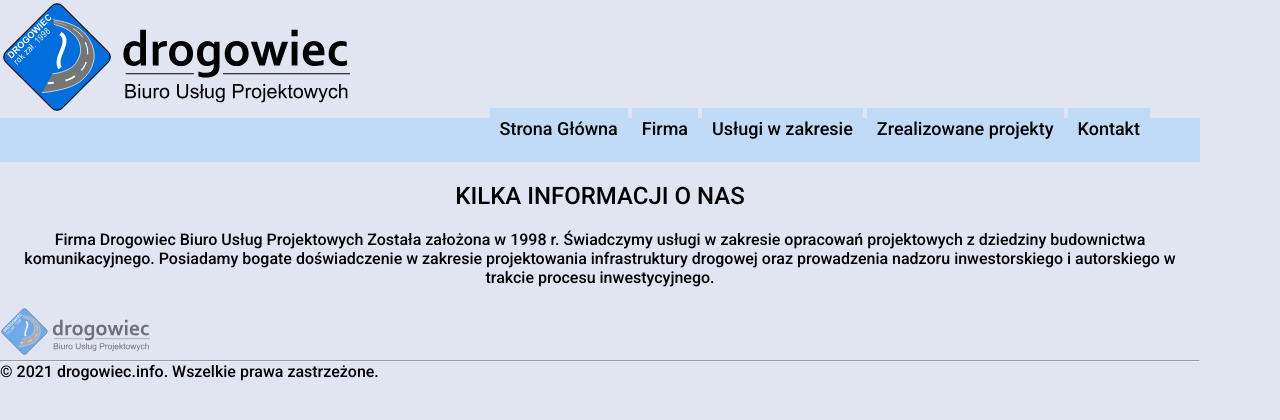
Repository: AdamBodzak/WTF_v2
Page: index.html
These files come from the project's save history. The page is drawn as it stood at one moment and after the next save; the edit follows.
The browser window is 1280 px wide. The pictures show the whole page.

Above is the page before, as saved 2021-01-06 20:00:47.

### index.html
<!DOCTYPE html>
<html lang="pl">
<head>
    <meta charset="UTF-8">
    <meta name="viewport" content="width=device-width, initial-scale=1.0">
    <link rel="preconnect" href="https://fonts.gstatic.com">
    <link rel="stylesheet" href="style.css" type="text/css">
    <title>DROGOWIEC Biuro Usług Projektowych</title>
</head>
<body>
    <main>
        <header>
            <a href="index.html">
                <img id="logo" src="./img/Logo.svg" alt="Logo image">
            </a>
            <nav>
                <ul id="nawigationBar">
                    <li> <a class="menuItem" href="#"> Strona Główna </a></li>
                    <li> <a class="menuItem" href="#"> Firma </a></li>
                    <li> <a class="menuItem" href="#"> Usługi w zakresie </a></li>
                    <li> <a class="menuItem" href="#"> Zrealizowane projekty </a></li>
                    <li> <a class="menuItem" href="#"> Kontakt </a></li>
                </ul>
            </nav>
        </header>
            <section>
                <h1>KILKA INFORMACJI O NAS</h1>
                <p>
                    Firma Drogowiec Biuro Usług Projektowych Została założona w 1998 r.
                    Świadczymy usługi w zakresie opracowań projektowych z dziedziny budownictwa
                    komunikacyjnego. Posiadamy bogate doświadczenie w zakresie projektowania infrastruktury
                    drogowej oraz prowadzenia nadzoru inwestorskiego i autorskiego w trakcie procesu inwestycyjnego.
                </p>
            </section>
        <footer>
            <div>
                <img id="logoFooter" src="./img/Logo.svg" alt="Logo image">
            </div>
            <div id="kontakt">

            </div>
            <hr>
            <p>
                © 2021 drogowiec.info. Wszelkie prawa zastrzeżone.
            </p>
        </footer>
    </main>
</body>
</html>

### style.css
@import url('https://fonts.googleapis.com/css2?family=Roboto:wght@300;500;700&display=swap');

* {
    font-family: 'Roboto', sans-serif;
    font-weight: 500;
    box-sizing: border-box;
    margin: 0px;
    padding: 0px;
    background-color: #E1E5F2;
}

body {
    max-width: 1200px;
}

#logo {
    width: 350px;
}

#nawigationBar{
    background-color: #BFDBF7;
    text-align: right;
    padding-right: 50px;
    height: 44px;

}

#nawigationBar>li {
    display: inline-block;
}

.menuItem{
    font-size: 18px;
    color: black;
    text-decoration: none;
    padding: 10px;
    align-content: center;
    background-color: #BFDBF7;
}

#logoFooter {
    width: 150px;
    opacity: 0.5;
}

section {
    text-align: center;
}

section>h1 {
    padding: 20px;
}

footer {
    padding-top: 20px;
}

Loaded but not shown: img/Logo.svg (19 lines, source omitted)

After the next save:
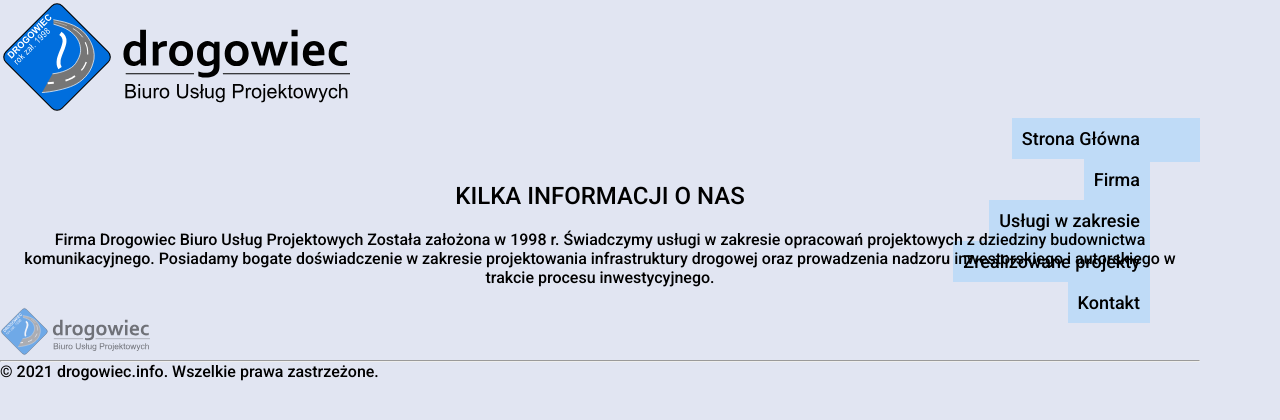
Saved 35 s later.
--- a/style.css
+++ b/style.css
@@ -25,16 +25,14 @@
 
 }
 
-#nawigationBar>li {
-    display: inline-block;
-}
+
 
 .menuItem{
     font-size: 18px;
     color: black;
     text-decoration: none;
     padding: 10px;
-    align-content: center;
+    display: inline-block;
     background-color: #BFDBF7;
 }
 

After the save that followed:
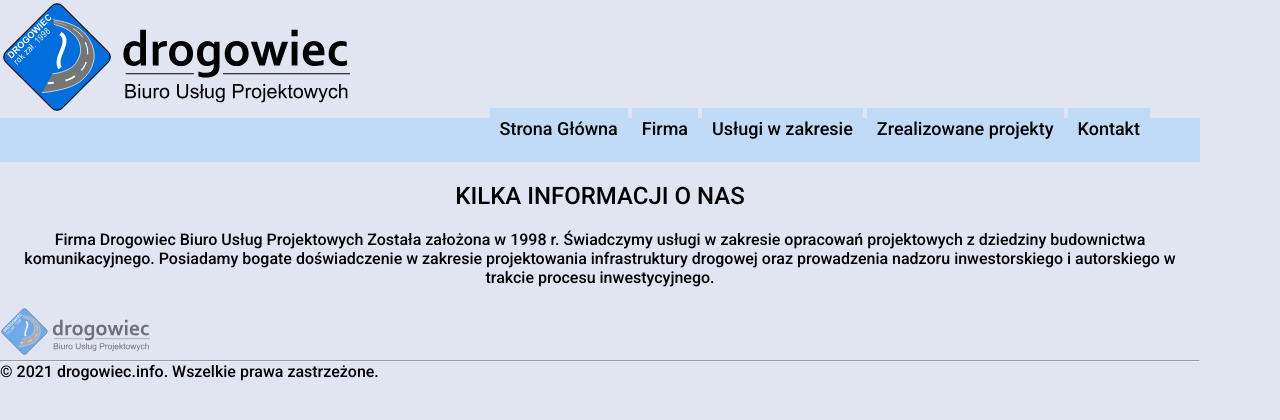
Saved 13 s later.
--- a/style.css
+++ b/style.css
@@ -25,14 +25,15 @@
 
 }
 
-
+#nawigationBar>li {
+    display: inline-block;
+}
 
 .menuItem{
     font-size: 18px;
     color: black;
     text-decoration: none;
     padding: 10px;
-    display: inline-block;
     background-color: #BFDBF7;
 }
 
